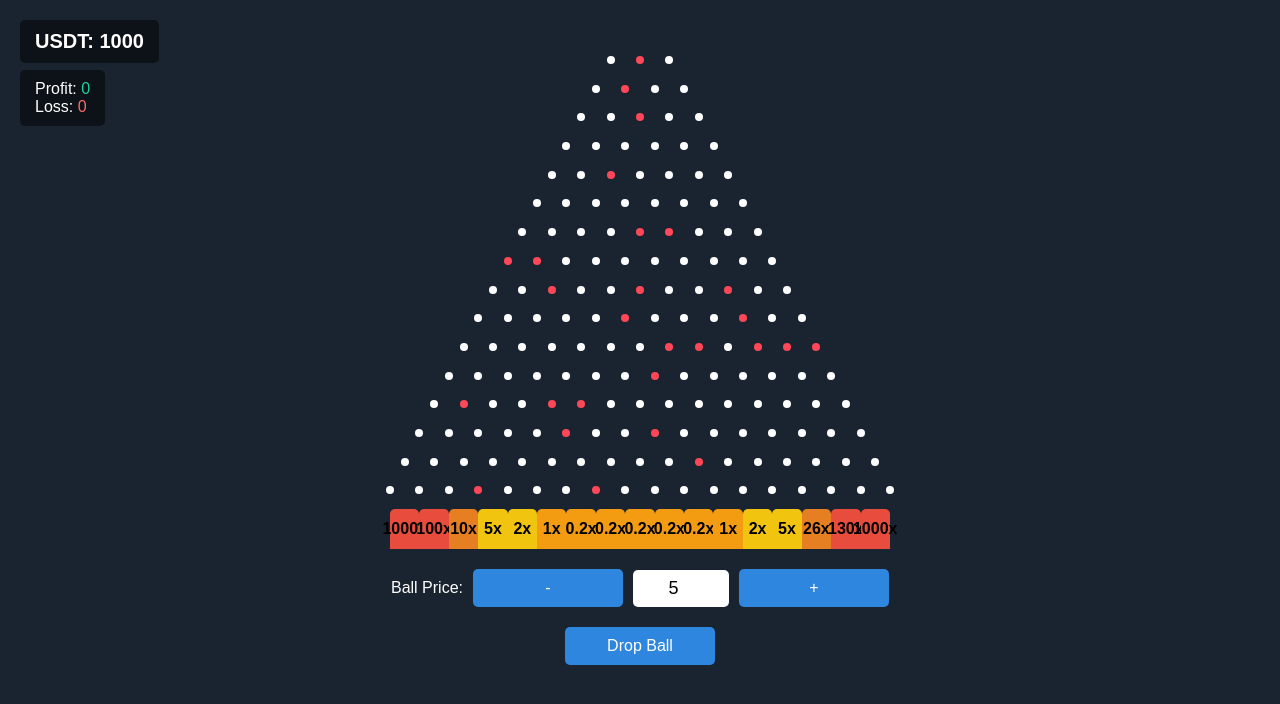
Repository: daffa-alif/PLINKO-JS
Page: plinko.html
The author's editor kept a copy of each file at every save. The page is drawn from the files as they stood at one save, then again after a run of saves.
The browser window is 1280 px wide. The pictures show the whole page.

Above is the page before, as saved 2025-03-07 08:25:23.

### plinko.html
<!DOCTYPE html>
<html lang="en">
<head>
    <meta charset="UTF-8">
    <meta name="viewport" content="width=device-width, initial-scale=1.0">
    <title>Plinko Game</title>
    <style>
        body {
            background-color: #1a2430;
            font-family: Arial, sans-serif;
            display: flex;
            justify-content: center;
            align-items: center;
            height: 100vh;
            margin: 0;
            color: white;
            overflow: hidden;
        }

        .container {
            position: relative;
            width: 600px;
            height: 700px;
            display: flex;
            flex-direction: column;
            align-items: center;
        }

        .plinko-board {
            position: relative;
            width: 500px;
            height: 600px;
        }

        .peg {
            position: absolute;
            width: 8px;
            height: 8px;
            background-color: white;
            border-radius: 50%;
            transform: translate(-50%, -50%);
        }

        .highlight-peg {
            background-color: #ff4757;
        }

        .ball {
            position: absolute;
            width: 16px;
            height: 16px;
            background-color: #ff6b81;
            border-radius: 50%;
            z-index: 10;
            transform: translate(-50%, -50%);
        }

        .buckets {
            display: flex;
            width: 100%;
            justify-content: space-between;
            position: absolute;
            bottom: 0;
        }

        .bucket {
            width: 55px;
            height: 40px;
            display: flex;
            justify-content: center;
            align-items: center;
            font-weight: bold;
            color: black;
            border-top-left-radius: 5px;
            border-top-right-radius: 5px;
        }

        .controls {
            margin-top: 20px;
            display: flex;
            flex-direction: column;
            align-items: center;
            gap: 10px;
            width: 100%;
        }

        button {
            padding: 10px 20px;
            font-size: 16px;
            border: none;
            border-radius: 5px;
            background-color: #2e86de;
            color: white;
            cursor: pointer;
            width: 150px;
        }

        button:hover {
            background-color: #54a0ff;
        }

        button:disabled {
            background-color: #7f8c8d;
            cursor: not-allowed;
        }

        .balance {
            position: absolute;
            top: 20px;
            left: 20px;
            font-size: 20px;
            font-weight: bold;
            background-color: rgba(0, 0, 0, 0.5);
            padding: 10px 15px;
            border-radius: 5px;
            z-index: 100;
        }

        .statistics {
            position: absolute;
            top: 70px;
            left: 20px;
            font-size: 16px;
            background-color: rgba(0, 0, 0, 0.5);
            padding: 10px 15px;
            border-radius: 5px;
            z-index: 100;
        }

        .profit {
            color: #1dd1a1;
        }

        .loss {
            color: #ff6b6b;
        }

        .price-controls {
            display: flex;
            align-items: center;
            gap: 10px;
            margin-bottom: 10px;
        }

        input {
            padding: 8px;
            width: 80px;
            text-align: center;
            font-size: 18px;
            border-radius: 5px;
            border: none;
        }

        .results {
            margin-top: 10px;
            font-size: 18px;
            color: #1dd1a1;
            height: 25px;
        }

        .falling-ball-animation {
            display: block;
            position: absolute;
            top: 0;
            left: 50%;
            transform: translateX(-50%);
            width: 16px;
            height: 16px;
            background-color: #ff6b81;
            border-radius: 50%;
            z-index: 11;
            animation: fallAnimation 1s ease-in;
        }

        @keyframes fallAnimation {
            0% {
                top: -20px;
            }
            100% {
                top: 20px;
            }
        }
    </style>
</head>
<body>
    <div class="balance">USDT: <span id="balance">1000</span></div>
    <div class="statistics">
        Profit: <span id="profit" class="profit">0</span><br>
        Loss: <span id="loss" class="loss">0</span>
    </div>
    <div class="container">
        <div class="plinko-board" id="plinkoBoard"></div>
        <div class="controls">
            <div class="price-controls">
                <span>Ball Price:</span>
                <button id="decreasePrice">-</button>
                <input type="number" id="ballPrice" value="5" min="5" max="1000">
                <button id="increasePrice">+</button>
            </div>
            <button id="dropButton">Drop Ball</button>
            <div class="results" id="results"></div>
        </div>
    </div>

    <script>
        // Game configuration
        const config = {
            rows: 16,                // Number of rows of pegs
            pegsStartCount: 3,       // Start with 3 pegs at the top row
            ballSpeed: 0.5,
            gravity: 0.15,
            friction: 0.99,
            pegInfluence: 0.6,
            maxActiveBalls: 10,
            // Updated multipliers to match the image exactly
            multipliers: [1000, 100, 10, 5, 2, 1, 0.2, 0.2, 0.2, 0.2, 0.2, 1, 2, 5, 26, 130, 1000],
            horizontalSpacingFactor: 1.
        };

        let balance = 1000;
        let totalProfit = 0;
        let totalLoss = 0;
        let ballPrice = 30;
        let activeBalls = [];
        let pegLayout = [];

        // Initialize the board
        function initializeBoard() {
            const board = document.getElementById('plinkoBoard');
            const boardWidth = board.clientWidth;
            const boardHeight = board.clientHeight;

            // Calculate peg spacing for the wider triangular pattern
            const horizontalSpacing = (boardWidth / (config.rows + 1)) * config.horizontalSpacingFactor;
            const verticalSpacing = (boardHeight - 80) / (config.rows);

            // Create pegs in a triangular pattern with progressive row lengths
            for (let row = 0; row < config.rows; row++) {
                // Calculate number of pegs in this row (increase by 1 for each row, starting with config.pegsStartCount)
                const pegsInRow = config.pegsStartCount + row;

                // Calculate the starting position for the first peg in the row
                const rowStartX = boardWidth / 2 - (horizontalSpacing * (pegsInRow - 1)) / 2;

                for (let col = 0; col < pegsInRow; col++) {
                    const peg = document.createElement('div');
                    peg.className = 'peg';

                    // Add some highlight pegs (red pegs)
                    if (Math.random() < 0.2) {
                        peg.classList.add('highlight-peg');
                    }

                    // Calculate position for evenly distributed pegs
                    const offsetX = rowStartX + col * horizontalSpacing;
                    const offsetY = verticalSpacing * row + 50;

                    peg.style.left = `${offsetX}px`;
                    peg.style.top = `${offsetY}px`;

                    board.appendChild(peg);

                    // Store peg position for collision detection
                    pegLayout.push({
                        x: offsetX,
                        y: offsetY,
                        highlight: peg.classList.contains('highlight-peg'),
                        element: peg
                    });
                }
            }

            // Create buckets - FIXED VERSION
            const buckets = document.createElement('div');
            buckets.className = 'buckets';

            // Get the last row of pegs to align buckets with
            const lastRowPegs = pegLayout.slice(-config.pegsStartCount - config.rows + 1);
            const leftmostPeg = lastRowPegs[0].x;
            const rightmostPeg = lastRowPegs[lastRowPegs.length - 1].x;
            const bucketAreaWidth = rightmostPeg - leftmostPeg;

            // Define colors for buckets based on multipliers
            const getColorForMultiplier = (multiplier) => {
                if (multiplier >= 100) return '#e74c3c';      // Red for highest multipliers
                if (multiplier >= 10) return '#e67e22';       // Orange for high multipliers
                if (multiplier >= 2) return '#f1c40f';        // Yellow for medium multipliers
                return '#f39c12';                             // Gold for low multipliers
            };

            // Set the buckets container width to match the width of the last row of pegs
            buckets.style.width = `${bucketAreaWidth}px`;
            buckets.style.left = `${leftmostPeg}px`;
            buckets.style.position = 'absolute';

            // Add bucket divs to match the multipliers
            const multiplierCount = config.multipliers.length;
            const bucketWidth = bucketAreaWidth / multiplierCount;

            for (let i = 0; i < multiplierCount; i++) {
                const bucket = document.createElement('div');
                bucket.className = 'bucket';
                bucket.style.backgroundColor = getColorForMultiplier(config.multipliers[i]);
                bucket.textContent = `${config.multipliers[i]}x`;
                bucket.style.width = `${bucketWidth}px`;
                buckets.appendChild(bucket);
            }

            board.appendChild(buckets);
        }

        // Create a falling ball animation
        function showBallDropAnimation() {
            return new Promise(resolve => {
                const board = document.getElementById('plinkoBoard');
                const fallingBall = document.createElement('div');
                fallingBall.className = 'falling-ball-animation';
                board.appendChild(fallingBall);

                setTimeout(() => {
                    fallingBall.remove();
                    resolve();
                }, 500);
            });
        }

        // Create a ball and start animation
        async function dropBall() {
            const currentBallPrice = parseInt(document.getElementById('ballPrice').value);
            if (balance < currentBallPrice) {
                document.getElementById('results').textContent = "Not enough balance!";
                setTimeout(() => {
                    document.getElementById('results').textContent = "";
                }, 2000);
                return;
            }

            // Check if we've reached the maximum number of active balls
            if (activeBalls.length >= config.maxActiveBalls) {
                document.getElementById('results').textContent = "Too many balls in play!";
                setTimeout(() => {
                    document.getElementById('results').textContent = "";
                }, 2000);
                return;
            }

            // Deduct ball price from balance
            balance -= currentBallPrice;
            document.getElementById('balance').textContent = balance;

            // Show the ball drop animation
            await showBallDropAnimation();

            const board = document.getElementById('plinkoBoard');
            const boardWidth = board.clientWidth;

            // Ball starts at the top center of the board
            const ball = document.createElement('div');
            ball.className = 'ball';
            ball.style.left = `${boardWidth / 2}px`;
            ball.style.top = '20px';
            board.appendChild(ball);

            // Create a new ball object
            const newBall = {
                element: ball,
                id: Date.now(),
                x: boardWidth / 2,
                y: 20,
                vx: (Math.random() - 0.5) * 0.5,
                vy: 1,
                radius: 8,
                price: currentBallPrice
            };

            // Add ball to active balls array
            activeBalls.push(newBall);

            // Start animation if it's not already running
            if (activeBalls.length === 1) {
                requestAnimationFrame(animateAllBalls);
            }
        }

        // Animate all active balls
        function animateAllBalls(timestamp) {
            if (activeBalls.length === 0) return;

            const board = document.getElementById('plinkoBoard');
            const boardWidth = board.clientWidth;
            const boardHeight = board.clientHeight;

            // Get bucket positions for collision detection - FIXED VERSION
            const buckets = document.querySelector('.buckets');
            const bucketsRect = buckets.getBoundingClientRect();
            const boardRect = board.getBoundingClientRect();

            const bucketsLeft = bucketsRect.left - boardRect.left;
            const bucketsWidth = bucketsRect.width;
            const bucketCount = config.multipliers.length;
            const bucketWidth = bucketsWidth / bucketCount;

            // Process each active ball
            for (let i = activeBalls.length - 1; i >= 0; i--) {
                const ball = activeBalls[i];

                // Apply gravity
                ball.vy += config.gravity;

                // Apply friction
                ball.vx *= config.friction;
                ball.vy *= config.friction;

                // Update position
                ball.x += ball.vx;
                ball.y += ball.vy;

                // Collision with side walls
                if (ball.x - ball.radius < 0) {
                    ball.x = ball.radius;
                    ball.vx = -ball.vx * 0.5;
                } else if (ball.x + ball.radius > boardWidth) {
                    ball.x = boardWidth - ball.radius;
                    ball.vx = -ball.vx * 0.5;
                }

                // Collision with pegs
                for (const peg of pegLayout) {
                    const dx = ball.x - peg.x;
                    const dy = ball.y - peg.y;
                    const distance = Math.sqrt(dx * dx + dy * dy);

                    if (distance < ball.radius + 6) {
                        // Calculate the angle of collision
                        const angle = Math.atan2(dy, dx);

                        // Move the ball outside of the peg
                        const newX = peg.x + (ball.radius + 6) * Math.cos(angle);
                        const newY = peg.y + (ball.radius + 6) * Math.sin(angle);

                        ball.x = newX;
                        ball.y = newY;

                        // Add randomness to the bounce but with a slight bias toward outer edges
                        let randomness = (Math.random() * 2 - 1) * config.pegInfluence;

                        // Very subtle bias toward edges
                        if (ball.x < boardWidth * 0.3) {
                            randomness -= 0.05; // Slight bias leftward
                        } else if (ball.x > boardWidth * 0.7) {
                            randomness += 0.05; // Slight bias rightward
                        }

                        // Update velocity with a bounce effect and randomness
                        const speed = Math.sqrt(ball.vx * ball.vx + ball.vy * ball.vy);
                        ball.vx = Math.cos(angle + randomness) * speed;
                        ball.vy = Math.sin(Math.abs(angle + randomness)) * speed; // Keep ball moving downward

                        // Highlight the peg temporarily
                        peg.element.style.backgroundColor = '#ffdd59';
                        setTimeout(() => {
                            peg.element.style.backgroundColor = peg.highlight ? '#ff4757' : 'white';
                        }, 100);
                    }
                }

                // Check if ball reached bucket level
                if (ball.y > boardHeight - 60) {
                    // Calculate which bucket the ball fell into based on the fixed buckets position - FIXED VERSION
                    let bucketIndex = -1;

                    // Check if the ball is within the bucket area
                    if (ball.x >= bucketsLeft && ball.x <= bucketsLeft + bucketsWidth) {
                        // Calculate the bucket index based on the ball's position relative to the buckets
                        bucketIndex = Math.floor((ball.x - bucketsLeft) / bucketWidth);
                        bucketIndex = Math.min(bucketIndex, bucketCount - 1);
                    } else {
                        // If the ball is outside the bucket area, put it in the nearest edge bucket
                        bucketIndex = ball.x < bucketsLeft ? 0 : bucketCount - 1;
                    }

                    // Apply multiplier to the bet
                    const multiplier = config.multipliers[bucketIndex];
                    const winAmount = Math.floor(ball.price * multiplier);
                    balance += winAmount;
                    document.getElementById('balance').textContent = balance;

                    // Update profit/loss statistics
                    if (winAmount > ball.price) {
                        const profit = winAmount - ball.price;
                        totalProfit += profit;
                        document.getElementById('profit').textContent = totalProfit;
                    } else if (winAmount < ball.price) {
                        const loss = ball.price - winAmount;
                        totalLoss += loss;
                        document.getElementById('loss').textContent = totalLoss;
                    }

                    // Display result message
                    const resultElement = document.getElementById('results');
                    if (winAmount > ball.price) {
                        resultElement.textContent = `You won ${winAmount} USDT!`;
                        resultElement.style.color = '#1dd1a1';
                    } else if (winAmount < ball.price) {
                        resultElement.textContent = `You lost ${ball.price - winAmount} USDT`;
                        resultElement.style.color = '#ff6b6b';
                    } else {
                        resultElement.textContent = `You broke even!`;
                        resultElement.style.color = '#f7d794';
                    }

                    // Highlight the winning bucket
                    const bucketElements = document.querySelectorAll('.bucket');
                    bucketElements[bucketIndex].style.transform = 'translateY(-5px)';
                    setTimeout(() => {
                        bucketElements[bucketIndex].style.transform = 'translateY(0)';
                    }, 300);

                    // Remove ball from DOM
                    ball.element.remove();

                    // Remove ball from active balls array
                    activeBalls.splice(i, 1);
                }

                // Update ball position in DOM
                ball.element.style.left = `${ball.x}px`;
                ball.element.style.top = `${ball.y}px`;
            }

            // Continue animation if there are still active balls
            if (activeBalls.length > 0) {
                requestAnimationFrame(animateAllBalls);
            }
        }

        // Initialize the game
        window.addEventListener('DOMContentLoaded', () => {
            initializeBoard();

            // Update balance display
            document.getElementById('balance').textContent = balance;

            // Add event listener for the drop button
            document.getElementById('dropButton').addEventListener('click', () => {
                dropBall();
            });

            // Add event listeners for ball price adjustment
            document.getElementById('decreasePrice').addEventListener('click', () => {
                const priceInput = document.getElementById('ballPrice');
                let currentPrice = parseInt(priceInput.value);
                if (currentPrice > 5) {
                    priceInput.value = currentPrice - 5;
                }
            });

            document.getElementById('increasePrice').addEventListener('click', () => {
                const priceInput = document.getElementById('ballPrice');
                let currentPrice = parseInt(priceInput.value);
                if (currentPrice < 1000) {
                    priceInput.value = currentPrice + 5;
                }
            });

            // Ensure ball price is valid
            document.getElementById('ballPrice').addEventListener('change', (e) => {
                let value = parseInt(e.target.value);
                if (isNaN(value) || value < 5) {
                    e.target.value = 5;
                } else if (value > 1000) {
                    e.target.value = 1000;
                }
            });
        });
    </script>
</body>
</html>

After the next 2 saves:
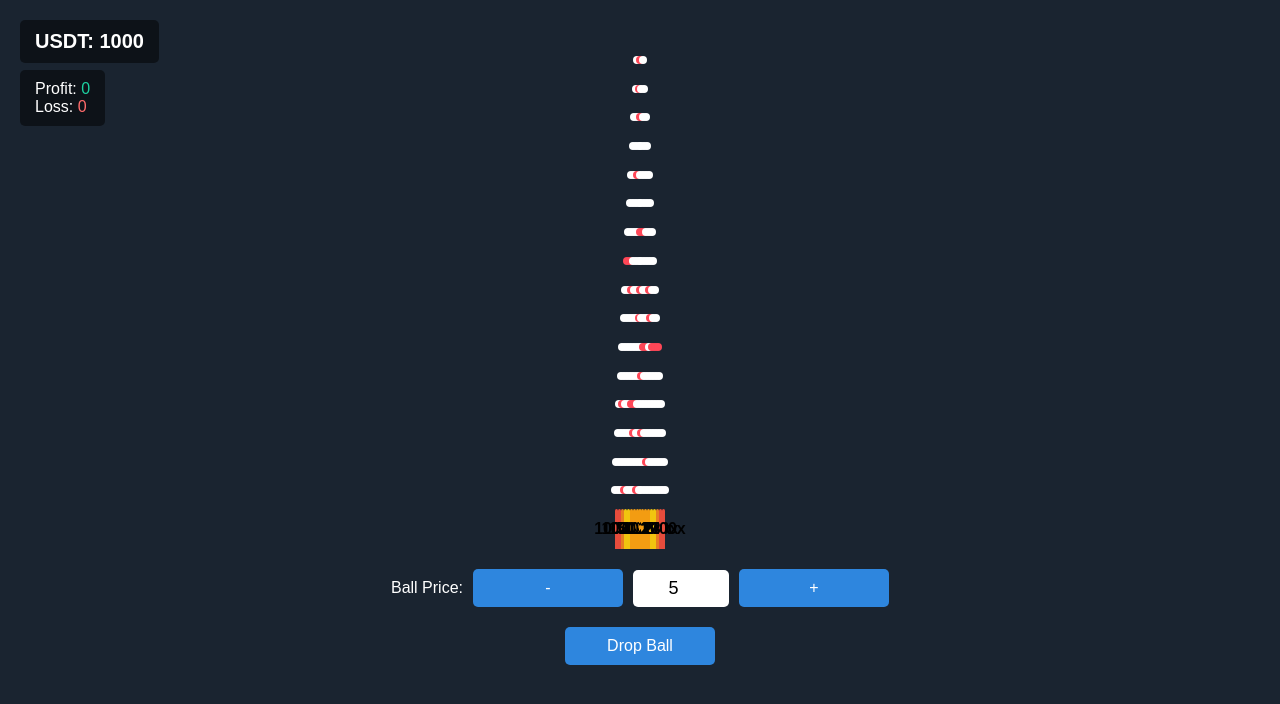
The 2 saves are shown as one change because they came seconds apart.
The last was saved 17 s later.
--- a/plinko.html
+++ b/plinko.html
@@ -214,7 +214,7 @@
             maxActiveBalls: 10,
             // Updated multipliers to match the image exactly
             multipliers: [1000, 100, 10, 5, 2, 1, 0.2, 0.2, 0.2, 0.2, 0.2, 1, 2, 5, 26, 130, 1000],
-            horizontalSpacingFactor: 1.
+            horizontalSpacingFactor: 0.1
         };
 
         let balance = 1000;
